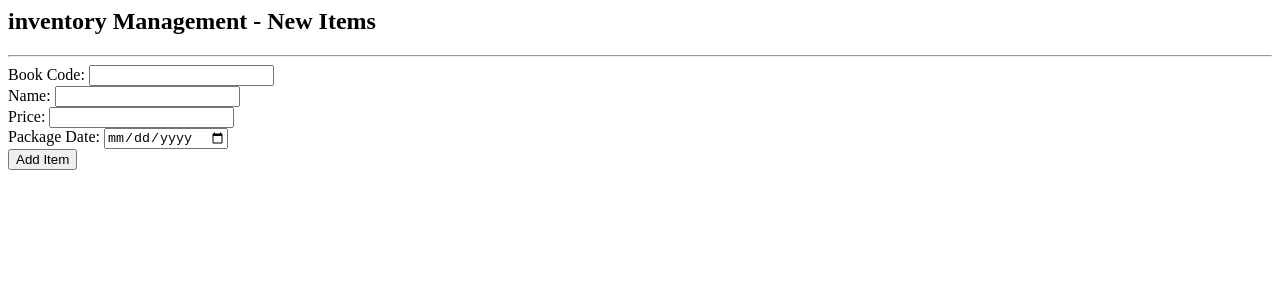
Repository: kirtivardhan121/DXC-Test
Page: http://localhost/LibraryManagementSystem_2.0/bookFormPage.jsp
An editor plug-in stored every save of this project. The page is shown before and after the next save, followed by the edit.
The browser window is 1280 px wide. The pictures show the whole page.
The page is served by Tomcat 9.

Above is the page before, as saved 2020-06-04 17:15:46.

After the next save:
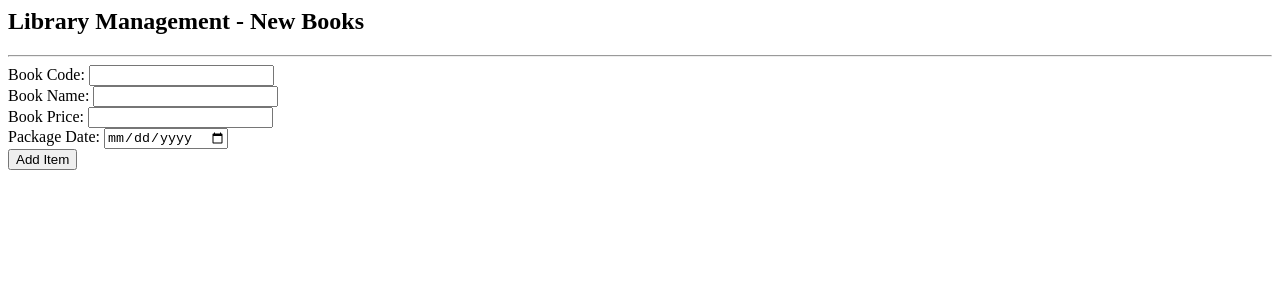
Saved 2 min 9 s later.
--- a/InventoryManagementSystem/LibraryManagementSystem_2.0/WebContent/bookFormPage.jsp
+++ b/InventoryManagementSystem/LibraryManagementSystem_2.0/WebContent/bookFormPage.jsp
@@ -1,9 +1,9 @@
 <html>
     <head>
-        <title>Inventory New Item </title>
+        <title>Library New Book </title>
     </head>
     <body>
-        <h2>inventory Management - New Items</h2>
+        <h2>Library Management - New Books</h2>
         <hr />
         <form action="confirmAddBook" method="POST">
             <div>
@@ -11,11 +11,11 @@
                 <input type="number" name="bcode" required />
             </div>
             <div>
-                <label>Name: </label>
+                <label>Book Name: </label>
                 <input type="text" name="bname" required />
             </div>
             <div>
-                <label>Price: </label>
+                <label>Book Price: </label>
                 <input type="decimal" name="price" min="100.0" max="5500.0"  required />
             </div>
             <div>
